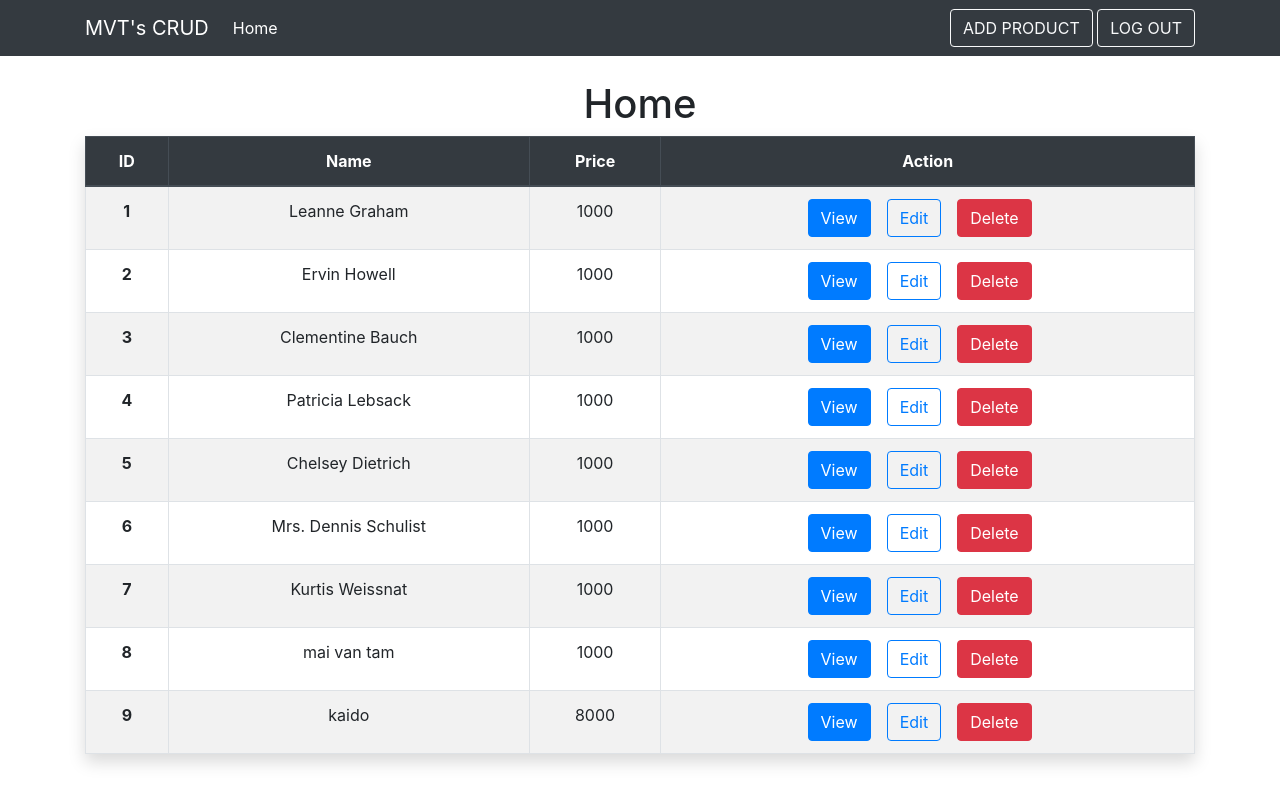
Repository: tammv/crud_product
Page: /
An editor plug-in stored every save of this project. The page is shown before and after the next save, followed by the edit.
The browser window is 1280 px wide. The pictures show the whole page.
The project was rebuilt for these pictures with package versions that can differ from the ones it lists, and the page was loaded fresh each time. Requests to the local data server were answered from the project's data file. Also part of the build but not shown: src/index.css, src/components/pages/NotFound.js, src/components/products/UpdateProduct.js, src/components/products/Product.js, src/components/products/AddProduct.js.

Above is the page before, as saved 2023-07-10 00:26:47.

After the next save:
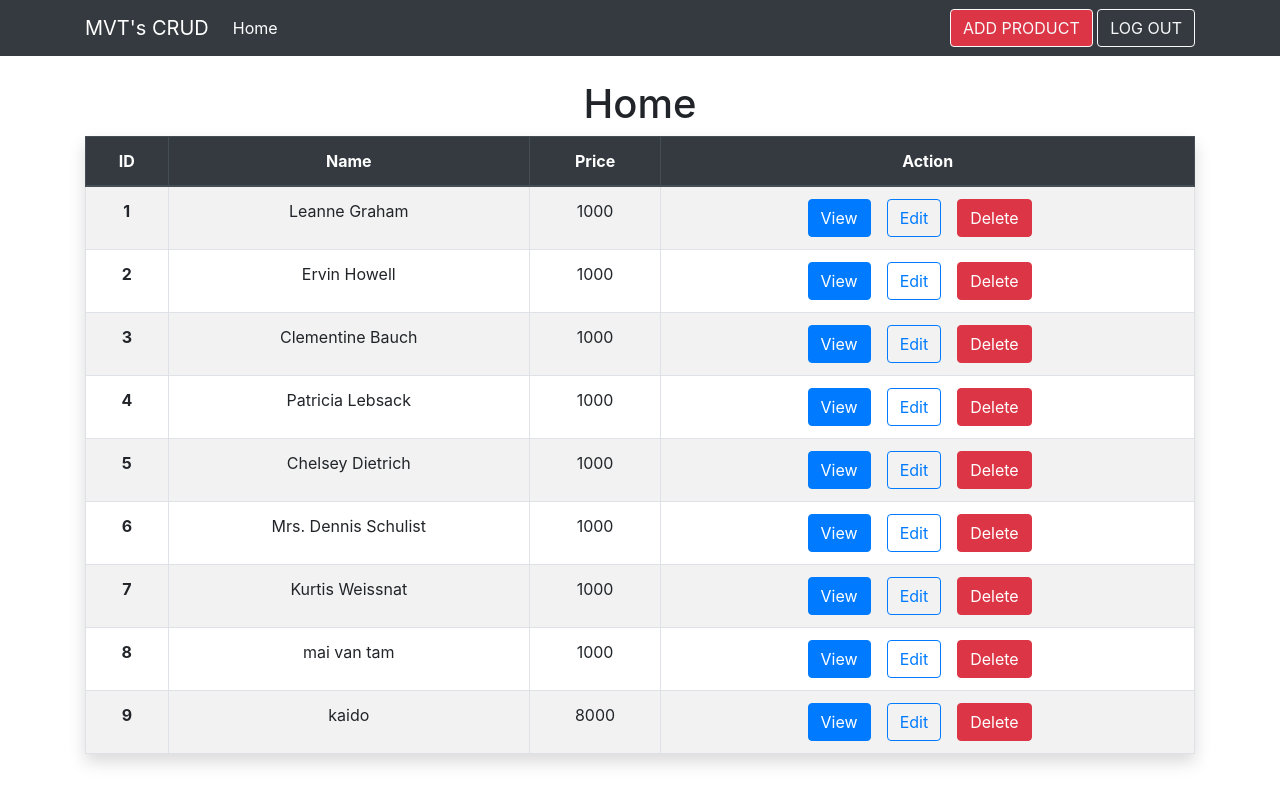
Saved 33 s later.
--- a/src/components/layout/Navbar.js
+++ b/src/components/layout/Navbar.js
@@ -28,7 +28,7 @@ const Navbar = () => {
             </li>
           </ul>
         </div>
-        <Link className="btn btn-outline-light" to="/products/add">
+        <Link className="btn btn-outline-light btn-danger" to="/products/add">
           ADD PRODUCT
         </Link>
         &nbsp;
